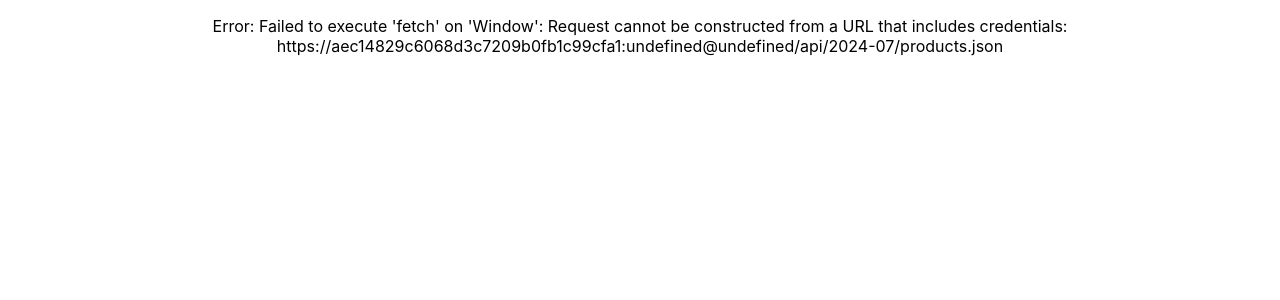
Repository: mitesh-avid-brio/Shopify-React-App
Page: /
The author's editor kept a copy of each file at every save. The page is drawn from the files as they stood at one save, then again after the next save.
The browser window is 1280 px wide. The pictures show the whole page.
The project was rebuilt for these pictures with package versions that can differ from the ones it lists, and the page was loaded fresh each time.

Above is the page before, as saved 2024-08-12 11:13:22.

After the next save:
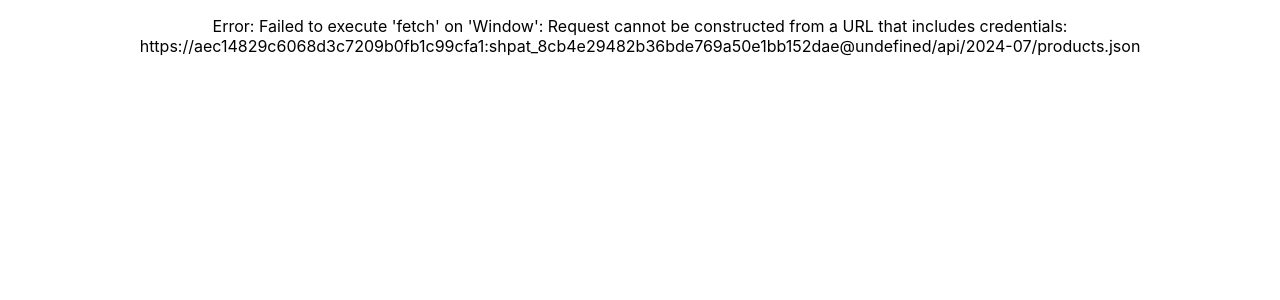
Saved 14 s later.
--- a/src/Components/Inventory.js
+++ b/src/Components/Inventory.js
@@ -8,7 +8,7 @@
 
     useEffect(() => {
         console.log("dad",``)
-        fetch(`https://${process.env.NEXT_PUBLIC_SHOPIFY_CONSUMER_KEY}:${process.env.Access_Token}@${process.env.URL}/api/2024-07/products.json`,{
+        fetch(`https://${process.env.NEXT_PUBLIC_SHOPIFY_CONSUMER_KEY}:${process.env.NEXT_PUBLIC_SHOPIFY_PASSWORD_KEY}@${process.env.URL}/api/2024-07/products.json`,{
             method: "GET",
             headers:{
                 "X-Shopify-Access-Token": "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",
